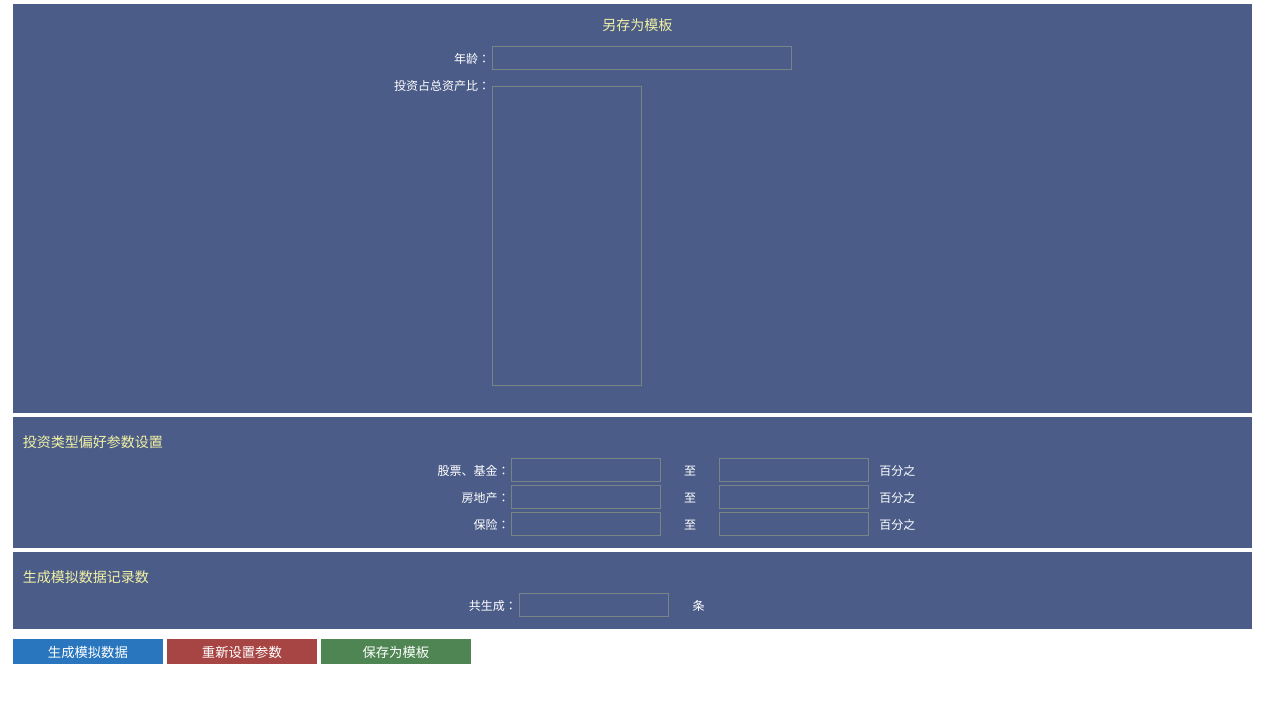
Repository: trieyouth/BigData
Page: http://localhost/BigData/WEB-INF/views/invesr-client-perference-analyse-system/data-collect/saveAsTemplate.jsp
These files come from the project's save history. The page is drawn as it stood at one moment and after the next save; the edit follows.
The browser window is 1280 px wide. The pictures show the whole page.
The page is served by Tomcat 9. Nobody is signed in. The template is opened directly, without the code that normally fills it, so the values that code supplies are empty.

Above is the page before, as saved 2016-03-13 03:41:00.

After the next save:
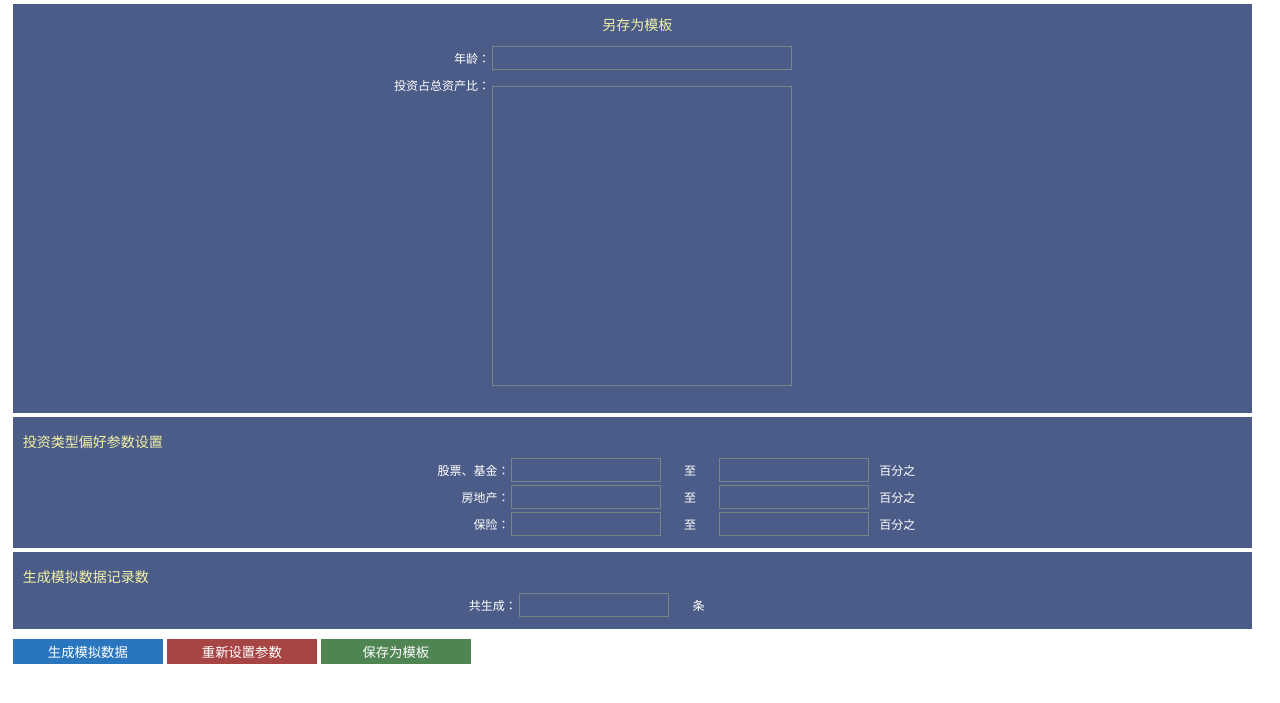
Saved 23 s later.
--- a/BigData/WebRoot/WEB-INF/views/invesr-client-perference-analyse-system/data-collect/saveAsTemplate.jsp
+++ b/BigData/WebRoot/WEB-INF/views/invesr-client-perference-analyse-system/data-collect/saveAsTemplate.jsp
@@ -53,7 +53,7 @@ String basePath = request.getScheme()+"://"+request.getServerName()+":"+request.
       <tr>
         <td width="30%"  height="25"  style="text-align:right" ><label id="labelbody" > 投资占总资产比： </label></td>
         <td width="70%"  height="25" rowspan="2" ><label id="labelbody" >
-            <input  type="text" id="inputwidth" style="height:300px;" name="minInvestAssetRate" > </label></td>
+            <input  type="text" id="inputwidth" style="width:300px;height:300px;" name="minInvestAssetRate" > </label></td>
       </tr>
       <tr>
          <td style="height:300px;"></td>
